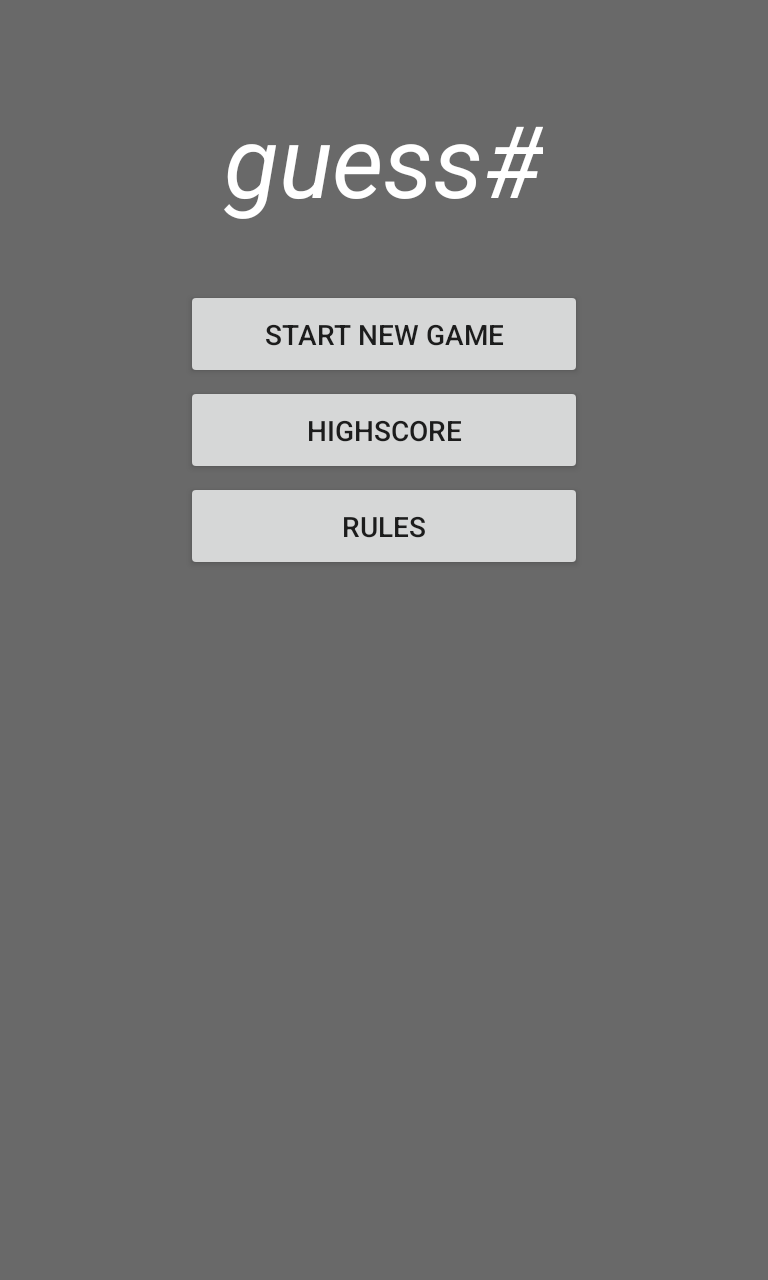
Repository: Hannanina/GuessTag
Layout: GuessTag/res/layout/activity_start.xml
These files come from the project's save history. The layout is drawn as it stood at one moment and after the next save; the edit follows.
It is drawn on a 768 x 1280 px phone screen (xhdpi) without system bars, with theme AppTheme; the app's code is not run.

Above is the layout before, as saved 2014-12-08 10:12:21.

After the next save:
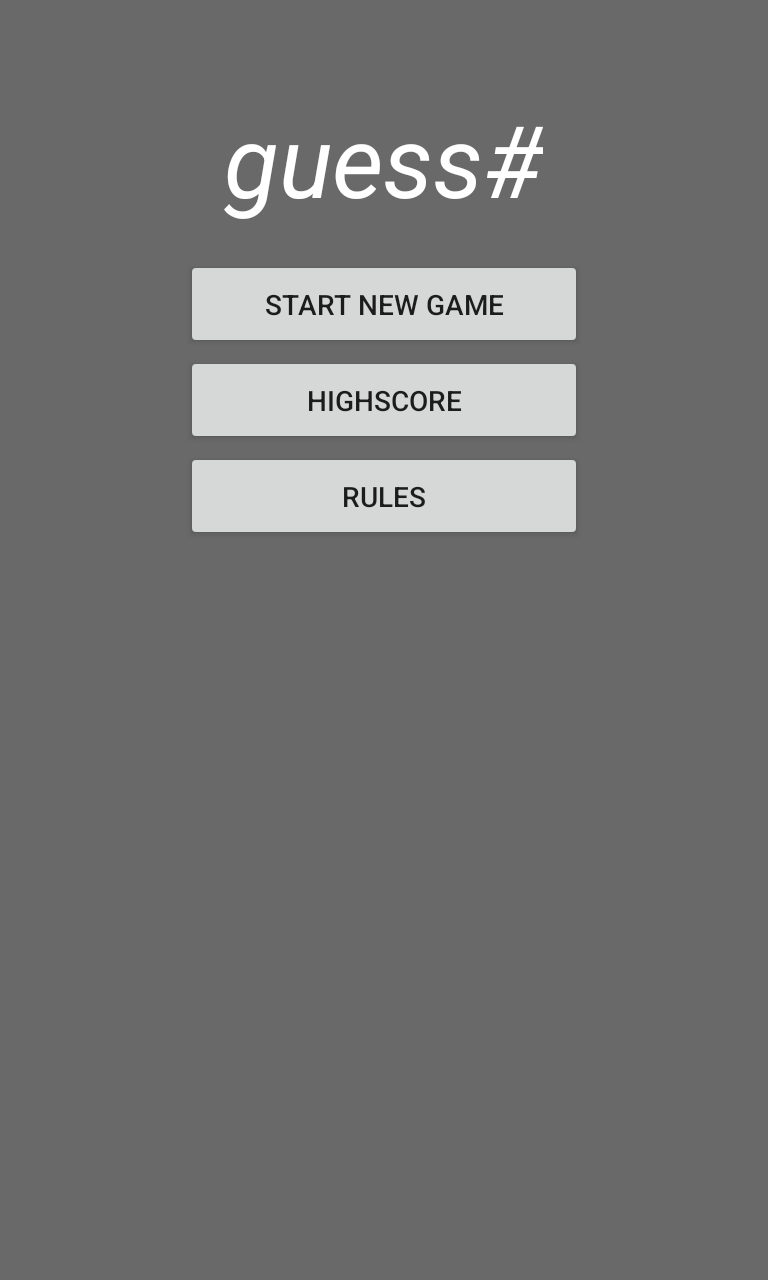
Saved 47 s later.
--- a/GuessTag/res/layout/activity_start.xml
+++ b/GuessTag/res/layout/activity_start.xml
@@ -14,7 +14,7 @@
     <TextView
         android:id="@+id/start_heading"
         android:layout_marginTop="30dp"
-        android:layout_marginBottom="30dp"
+        android:layout_marginBottom="15dp"
         android:layout_width="wrap_content"
 	    android:layout_height="wrap_content"
 	    android:layout_gravity="center"
